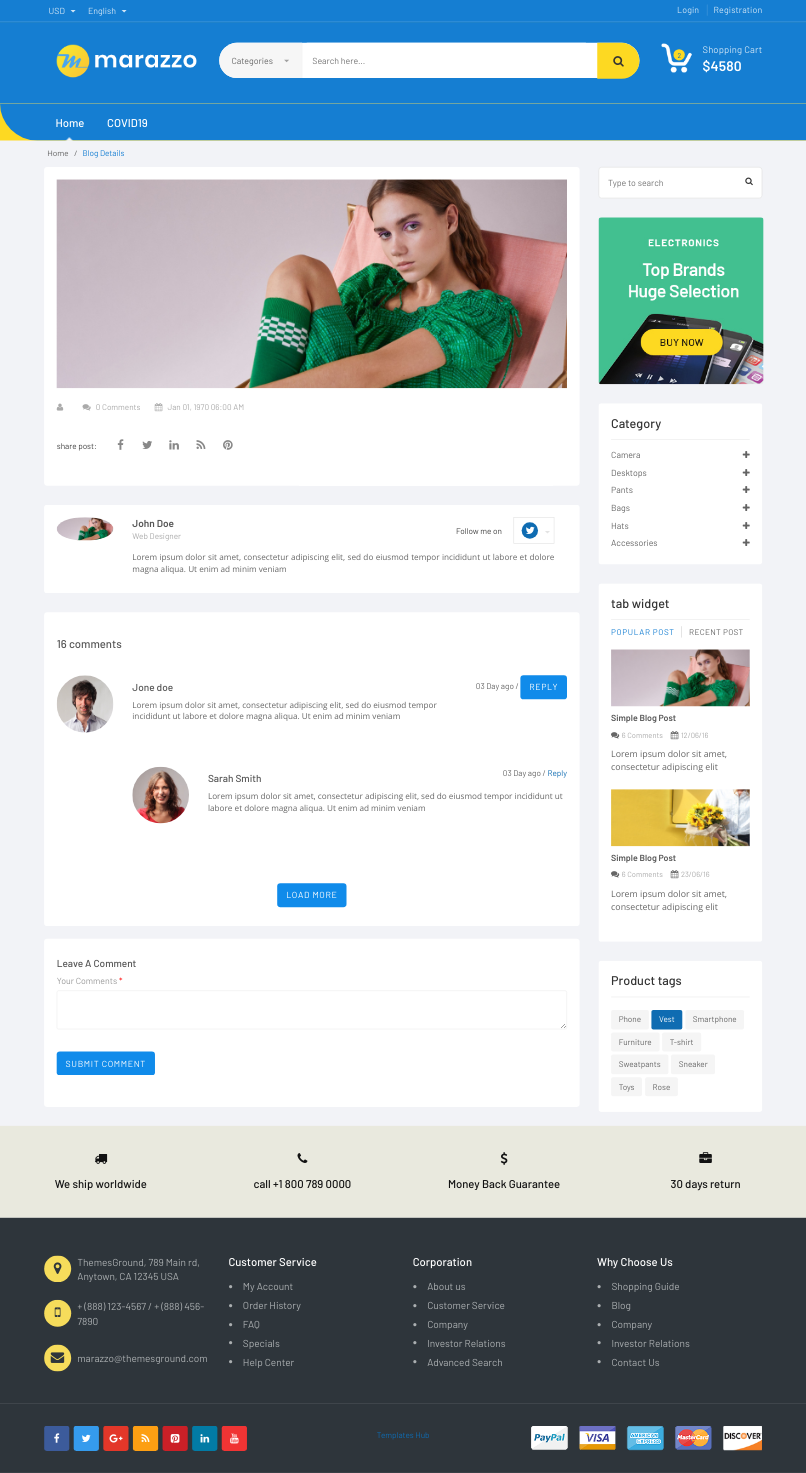
Repository: ztarikul/Laravel_e_commerce
Page: resources/views/posts/blog_details.blade.php
These files come from the project's save history. The page is drawn as it stood at one moment and after the next save; the edit follows.
The browser window is 1280 px wide. The pictures show the whole page, at 63% of full size.
The page is served by the project's Laravel application, run on PHP 8.4 with Laravel 8. The template is opened directly, without the code that normally fills it, so the values that code supplies are empty.

Above is the page before, as saved 2021-07-30 02:25:31.

After the next save:
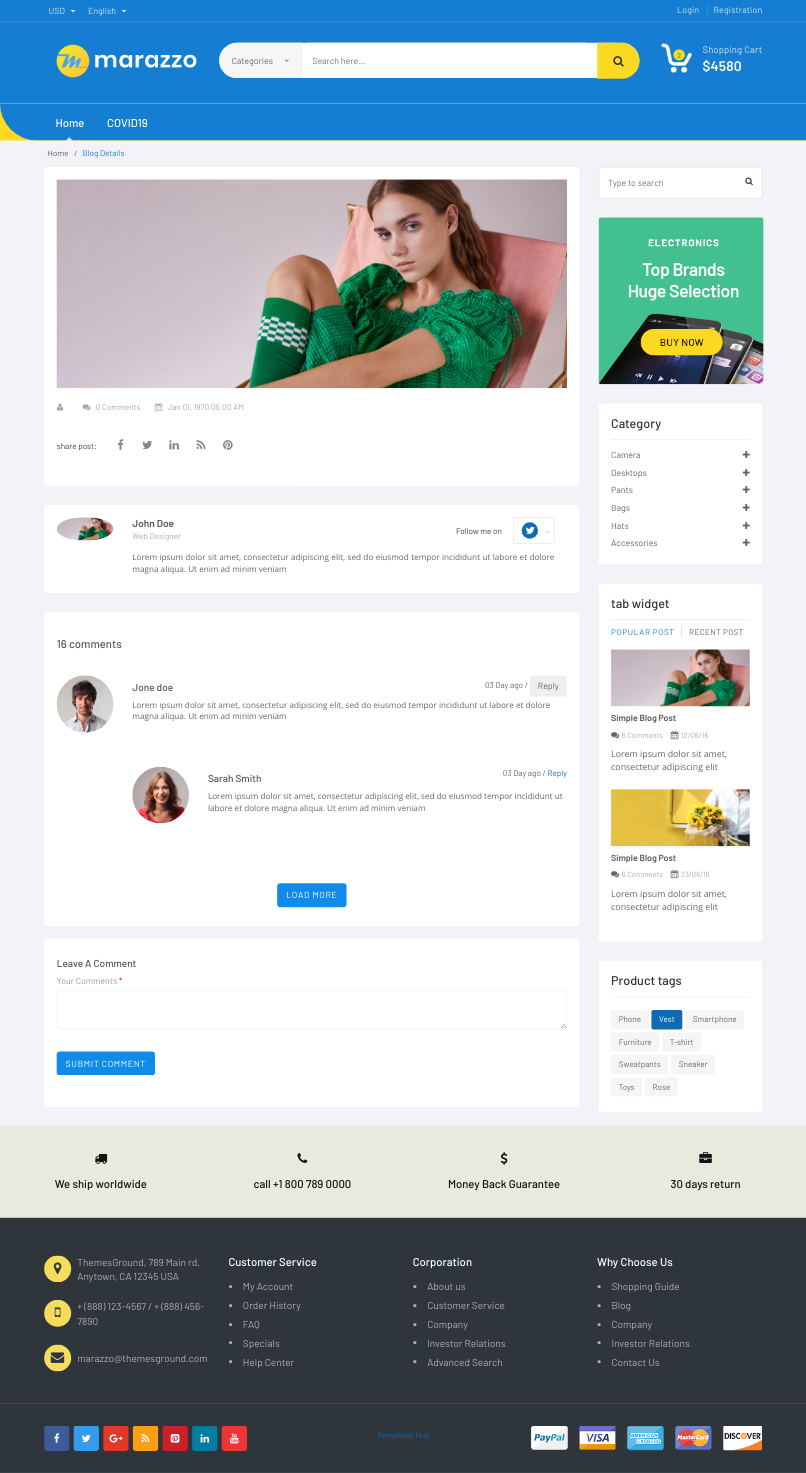
Saved 46 s later.
--- a/e_com/resources/views/posts/blog_details.blade.php
+++ b/e_com/resources/views/posts/blog_details.blade.php
@@ -73,7 +73,7 @@
 				<span class="review-action pull-right">
 					03 Day ago &sol;
 
-					<button type="button" class="btn btn-primary btn-sm"id= "abcd"  onClick="MyFunction();"> Reply</button>
+					<button type="button" class="btn btn-outline-info" id= "abcd"  onClick="MyFunction();"> Reply</button>
 				</span>
 				<p>Lorem ipsum dolor sit amet, consectetur adipiscing elit, sed do eiusmod tempor incididunt ut labore et dolore magna aliqua. Ut enim ad minim veniam</p>
 			</div>
